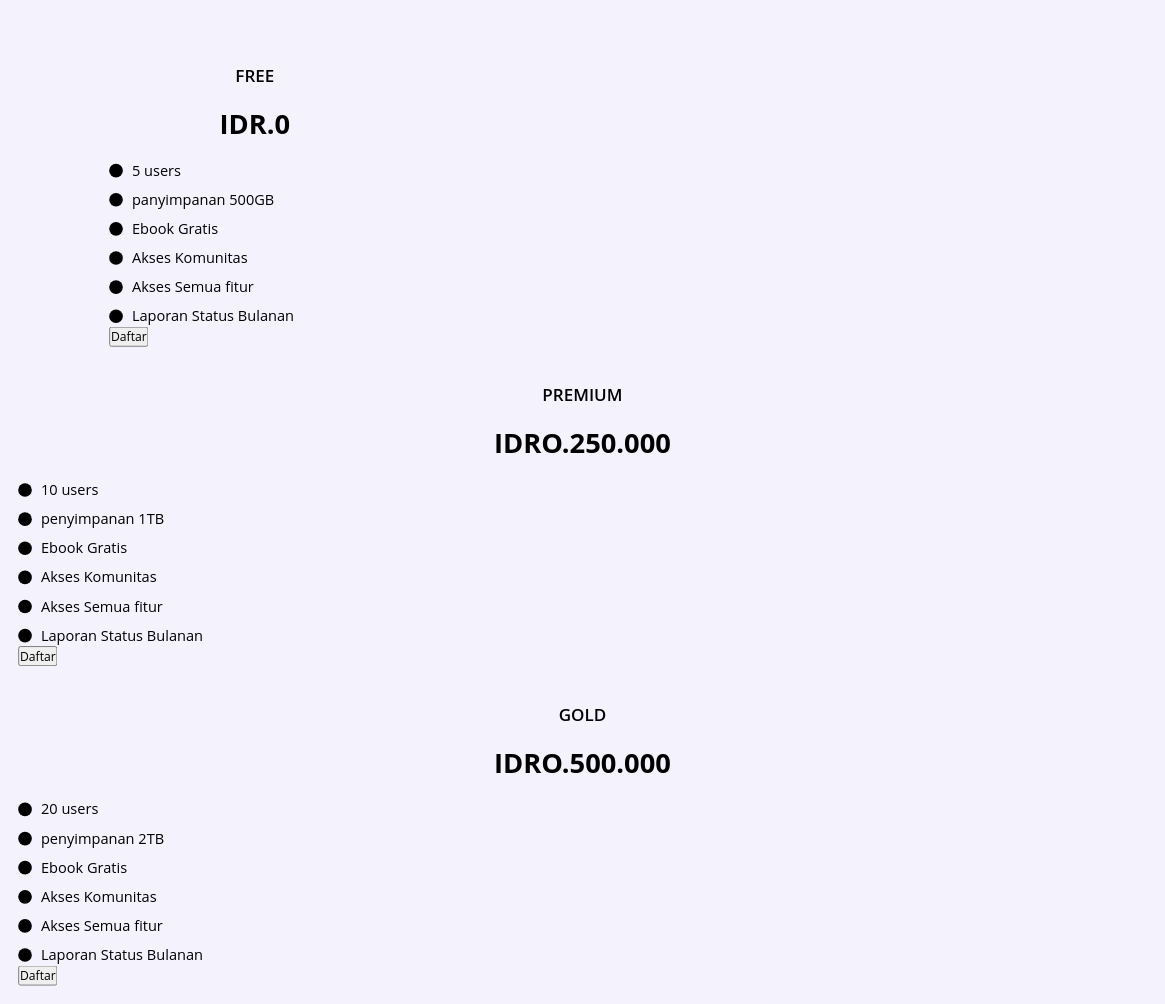
Repository: TUTJAL/my-website
Page: card.html
An editor plug-in stored every save of this project. The page is shown before and after a run of saves, followed by the edit.
The browser window is 1280 px wide. The pictures show the whole page, at 91% of full size.

Above is the page before, as saved 2024-06-20 11:14:46.

### card.html
<!DOCTYPE html>
<html lang="en">
<head>
    <meta charset="UTF-8">
    <meta name="viewport" content="width=device-width, initial-scale=1.0">
    <title>Document</title>
    <link rel="stylesheet" href="card.css">
</head>
<body>
    <div id="pricing-card">
        <div class="single-card">
            <div class="wrapper">
                <h3>FREE</h3>
                <h1>IDR.0</h1>
                <ul>
                    <li>
                        <i class="fas fa-check"></i>
                        <span>5 users</span>
                    </li>
                    <li>
                        <i class="fas fa-check"></i>
                        <span>panyimpanan 500GB</span>
                    </li>
                    <li>
                        <i class="fas fa-check"></i>
                        <span>Ebook Gratis</span>
                    </li>
                    <li class="disable">
                        <i class="fas fa-check"></i>
                        <span>Akses Komunitas</span>
                    </li>
                    <li class="disable">
                        <i class="fas fa-check"></i>
                        <span>Akses Semua fitur</span>
                    </li>
                    <li class="disable">
                        <i class="fas fa-check"></i>
                        <span>Laporan Status Bulanan</span>
                    </li>
                </ul>
                <button>Daftar</button>
            </div>
        </div>
    </div>
    <div class="single-card">
        <div class="wrapper premium">
            <H3>PREMIUM</H3>
            <h1>IDRO.250.000</h1>
            <ul>
                <li>
                    <i class="fas fa-check"></i>
                    <span>10 users</span>
                </li>
                <li>
                    <i class="fas fa-check"></i>
                    <span>penyimpanan 1TB</span>
                </li>
                <li>
                    <i class="fas fa-check"></i>
                    <span>Ebook Gratis</span>
                </li>

                    <li class="disable1">
                        <i class="fas fa-check"></i>
                        <span>Akses Komunitas</span>
                    </li>
                    <li class="disable1">
                        <i class="fas fa-check"></i>
                        <span class="card1">Akses Semua fitur</span>
                    </li>
                    <li class="disable1">
                        <i class="fas fa-check"></i>
                        <span>Laporan Status Bulanan</span>
                    </li>
            </ul>
            <button>Daftar</button>
        </div>
    </div>
    <div>
    <div class="single-card">
        <div class="wrapper">
            <h3>GOLD</h3>
            <h1>IDRO.500.000</h1>
            <ul>
                <li>
                    <i class="fas fa-check"></i>
                    <span>20 users</span>
                </li>
                <li>
                    <i class="fas fa-check"></i>
                    <span>penyimpanan 2TB</span>
                </li>
                <li>
                    <i class="fas fa-check"></i>
                    <span>Ebook Gratis</span>
                </li>
                <li>
                    <i class="fas fa-check"></i>
                    <span>Akses Komunitas</span>
                </li>
                <li>
                    <i class="fas fa-check"></i>
                    <span>Akses Semua fitur</span>
                </li>
                <li>
                    <i class="fas fa-check"></i>
                    <span>Laporan Status Bulanan</span>
                </li>
            </ul>
            <button>Daftar</button>
        </div>
    </div>
</div>
</body>
</html>

### card.css
/* @import("https://fonts.googleapis.com/") */
*{
    margin: 0;
    padding: 0;
    box-sizing: border-box;
    font-family: 'open sans',sans-serif;

}
body{
    background-color: #f4f2fd;;
}
::selection{
    background-color: black;
    color: white;
}
#pricing-card{
    display: flex;
    flex-wrap: wrap;
    padding: 0px 100px;
    margin-top: 50px;
    border: 10px;
}
.single-card{
    flex-basis: calc(100%/3);
    padding: 20px;

}
.single-card.wrapper{
    background-color: white;
    height: 100%;
    padding: 30px;
    border-radius: 20px;
    box-shadow: 3px 5px 10px rgba(0,0,0,0.1);
    transition: .3s;
}
.single-card.wrapper:hover{
    transform: translateY(-5px);
}
.single-card h3{
    text-align: center;
    font-weight: 600;
}
.single-card h1{
    margin: 20px 0px;
    font-size: 30px;
    text-align: center;
}
.single-card li{
    list-style: none;
    display: flex;
    align-items: center;
    margin-top: 10px;
}
.single-card i{
    height: 15px;
    width: 15px;
    background-color: black;
    display: inline-flex;
    justify-content: center;
    align-items: center;
    border-radius: 50%;
    color: white;
    font-size: 10px;
    margin-right: 10px;
}
.single-card span{
    font-size: ;
}

After the next 2 saves:
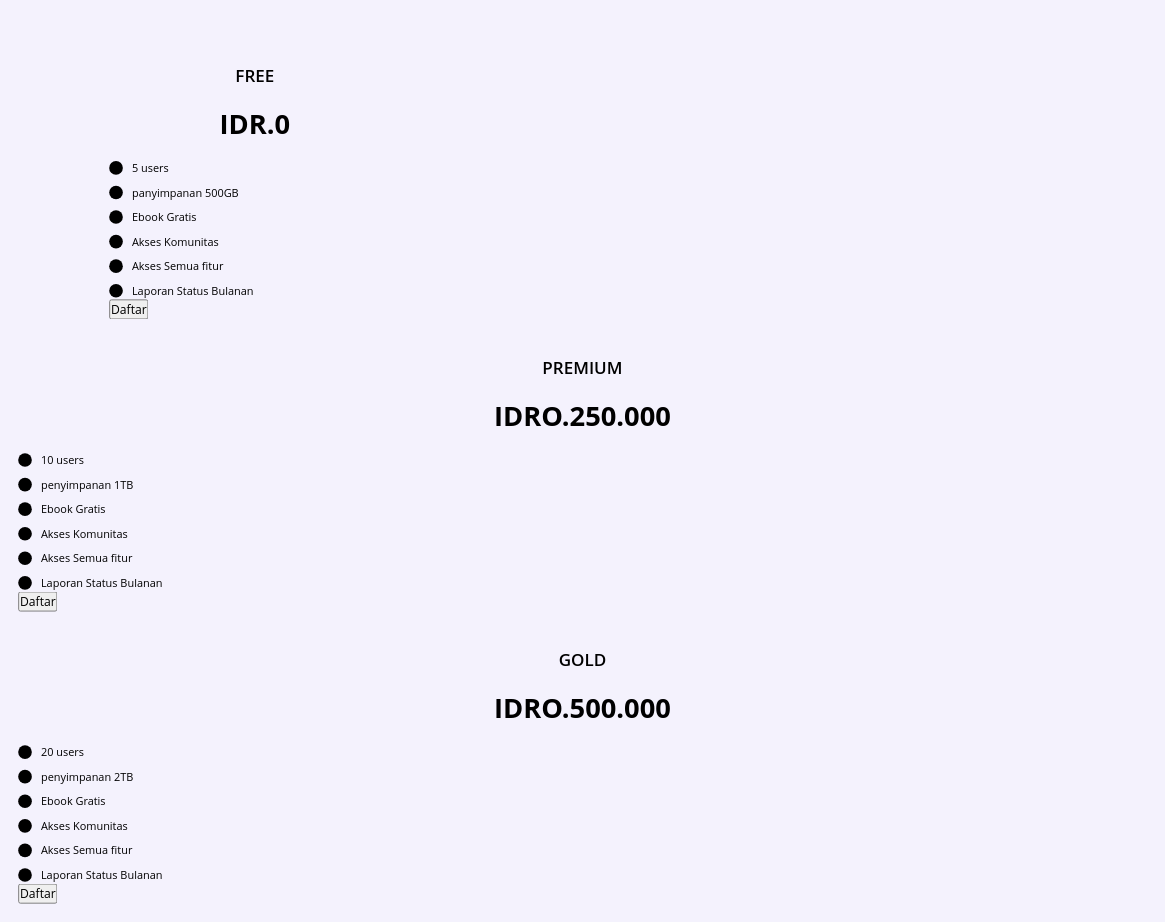
The 2 saves are shown as one change because they came seconds apart.
The last was saved 8 s later.
--- a/card.css
+++ b/card.css
@@ -64,5 +64,6 @@ body{
     margin-right: 10px;
 }
 .single-card span{
-    font-size: ;
+    font-size: 12px;
+
 }
